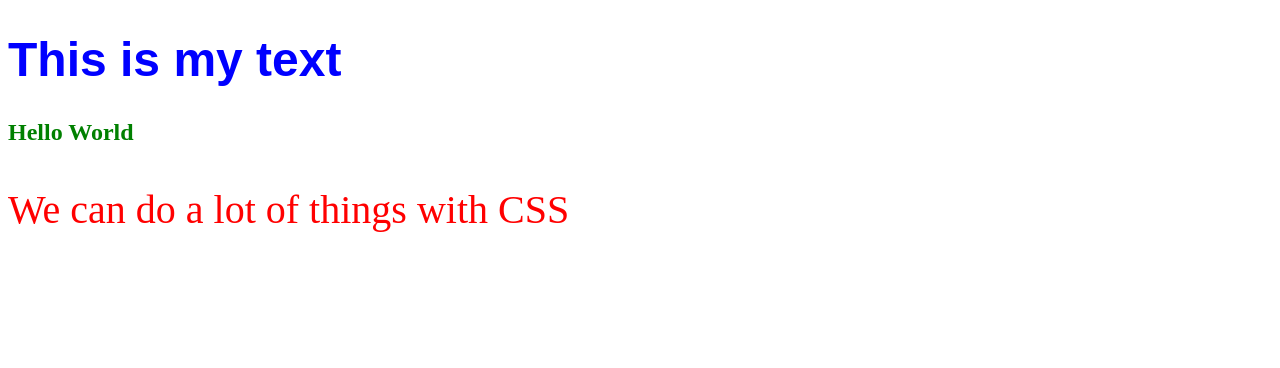
Repository: kimbalaya7/coding-managers
Page: index.html
The author's editor kept a record of every edit. The page is drawn from the files as they stood at one moment, then again after the next edit.
The browser window is 1280 px wide. The pictures show the whole page.

Above is the page before.

After the next edit:
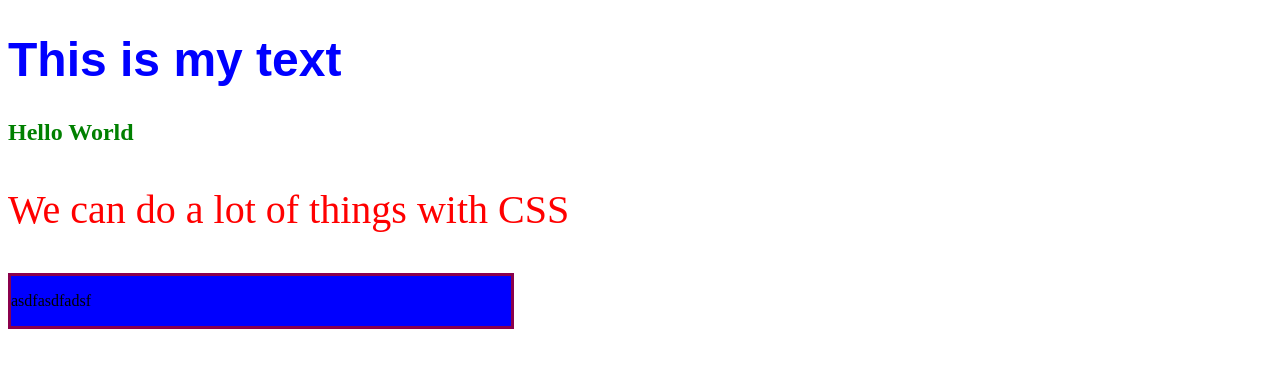
The edit:
--- a/index.html
+++ b/index.html
@@ -9,6 +9,7 @@
         <h1 class="font-selector" style="color:blue; font-size:48px">This is my text</h1>
         <h2 class="hello-world-selector">Hello World</h2>
         <p class="font-selector" id="paragraph">We can do a lot of things with CSS</p>
+        <div><p>asdfasdfadsf</p></div>
 </body>
 
 </html>
